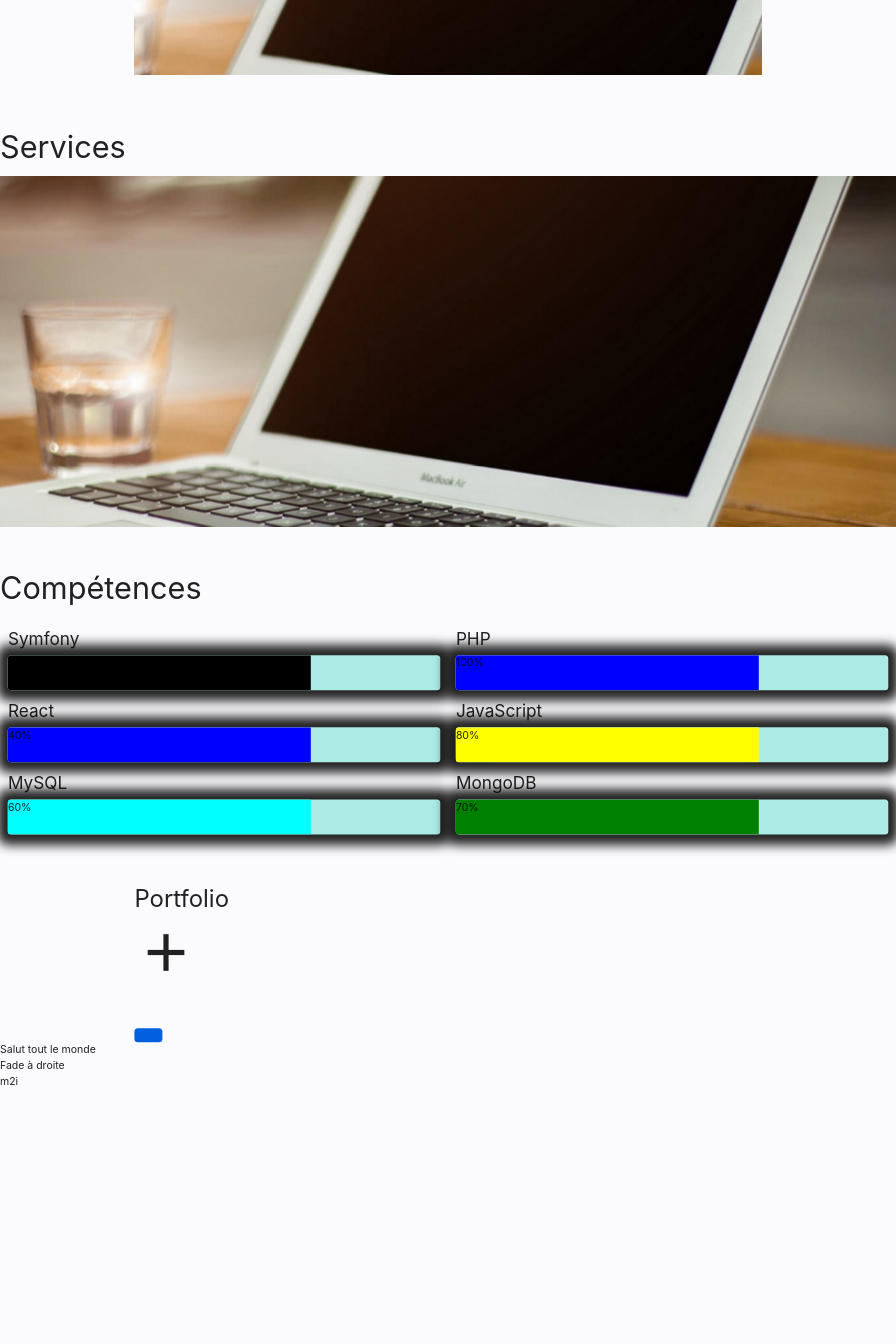
Repository: duncanidaho14/mavitrine
Page: index.html
The author's editor kept a copy of each file at every save. The page is drawn from the files as they stood at one save, then again after a run of saves.
The browser window is 1280 px wide. The pictures show the part of the page from y = 1130 to 3050 px (the page is 4178 px tall), at 70% of full size.

Above is the page before, as saved 2021-06-15 18:44:47.

### index.html
<!DOCTYPE html>
<html lang="fr">
<head>
    <meta charset="UTF-8">
    <meta http-equiv="X-UA-Compatible" content="IE=edge">
    <meta name="viewport" content="width=device-width, initial-scale=1.0">
    <meta name="description" content="">
    <meta name="theme-color" content="#84db94">
    <!-- Compiled and minified CSS -->
    <link href="https://fonts.googleapis.com/icon?family=Material+Icons" rel="stylesheet">
    <link rel="stylesheet" href="https://cdnjs.cloudflare.com/ajax/libs/materialize/1.0.0/css/materialize.min.css">
    <link href="https://unpkg.com/aos@2.3.1/dist/aos.css" rel="stylesheet">
    <link rel="stylesheet" href="./assets/css/style.css">
    <title>Elhadi BEDDAREM</title>
</head>
<body>
<div class="inc">

    <header class="container-fluid">
        <div class="row">
            <nav class="navbar-fixed">
                <div class="nav-wrapper">
                    <a id="switch" onclick="toggleTheme()" class="waves-effect waves-light btn-large"><i class="material-icons">airplay</i></a>
                    <a href="#!" class="brand-logo">EB<i class="material-icons">cloud</i></a>
                    <ul class="right hide-on-med-and-down">
                        <li><a href="#services" class="sc"><i class="material-icons">search</i></a></li>
                        <li><a href="#competences"><i class="material-icons">view_module</i></a></li>
                        <li><a href="#parcours"><i class="material-icons">refresh</i></a></li>
                        <li><a href="#contact"><i class="material-icons">more_vert</i></a></li>
                    </ul>
                </div>
            </nav>
            <ul class="sidenav" id="mobile-demo">
                <li><a href="#quisuisje">Qui suis-je ?</a></li>
                <li><a href="#mestechno">Mes techno</a></li>
                <li><a href="#parcours">Parcours</a></li>
                <li><a href="#contact">Contact</a></li>
            </ul>
            <ul id="slide-out" class="sidenav">
                <li>
                    <div class="user-view">
                        <div class="background">
                            <img src="/assets/img/mysql.png" class="circle">
                        </div>
                        <a href="#user"><img class="circle" src="/assets/img/git.png"></a>
                        <a href="#name"><span class="black-text name">Elhadi Beddarem</span></a>
                        <a href="#email"><span class="black-text email">elhadibeddarem@gmail.com</span></a>
                    </div>
                </li>
                <li><a href="https://codeintheshell.fr" target="_blank"><i class="material-icons">cloud</i>Autre site : codeintheshell.fr</a></li>
                <li><a href="https://shtex.fr/">Autre site : shtex.fr</a></li>
                <li><a href="http://shtexworld.fr/">Autre site : shtexworld.fr</a></li>
                <li>
                    <div class="divider"></div>
                </li>
                <li><a class="subheader">séparateur</a></li>
                <li><a class="waves-effect" href="./assets/img/cvelhadi.pdf" download="cvelhadi"><i class="material-icons">cloud_download</i> CV Download</a></li>
            </ul>
            <a href="#" data-target="slide-out" class="sidenav-trigger"><i class="material-icons">menu</i></a>
        </div>
    </header>

    <section class="container">
        <article class="row">
            <h1 class="elhadi-title" data-aos="fade-right">Elhadi BEDDAREM</h1>
            <h2 data-aos="fade-left">Concepteur d'Application Web</h2>
            <div class="carousel" data-aos="zoom-in-left">
                <a class="carousel-item" href="#two!"><img src="./assets/img/react.png"></a>
                <a class="carousel-item" href="#one!"><img src="./assets/img/symfony.png"></a>
                <a class="carousel-item" href="#three!"><img src="./assets/img/mysql.png"></a>
                <a class="carousel-item" href="#four!"><img src="./assets/img/git.png"></a>
                <a class="carousel-item" href="#five!"><img src="./assets/img/javascript.png"></a>
            </div>

            <div class="parallax-container" data-aos="zoom-in-left">
                <div class="parallax">
                    <img src="./assets/img/ordinateur-de-bureau-pc.jpg" alt="ordinateur de bureau"/>
                </div>
            </div>
        </article>


    </section>

    <section class="container-fluid">
        <div id="services" class="section scrollspy"></div>
        <article class="row services">
            <h3>Services</h3>
            <div class="parallax-container" data-aos="zoom-in-right">
                <div class="parallax">
                    <img src="./assets/img/ordinateur-de-bureau-pc.jpg" alt="ordinateur de bureau"/>
                </div>
            </div>
        </article>
    </section>

    <section class="container-fluid section scrollspy" data-aos="fade-up" id="competences">
        <article class="row competences">
            <h3>Compétences</h3>

                <div class="col s6 ">
                    <h5 class="title-five">Symfony</h5>
                    <div class="progress bar">
                        <div class="determinate symfony" data-done="90">90%</div>
                    </div>
                    <h5 class="title-five">React</h5>
                    <div class="progress bar">
                        <div class="determinate react" data-done="40">40%</div>
                    </div>
                    <h5 class="title-five">MySQL</h5>
                    <div class="progress bar">
                        <div class="determinate mysql" data-done="60">60%</div>
                    </div>
                </div>
                <div class="col s6">
                    <h5 class="title-five">PHP</h5>
                    <div class="progress bar">
                        <div class="determinate php" data-done="100">100%</div>
                    </div>
                    <h5 class="title-five">JavaScript</h5>
                    <div class="progress bar">
                        <div class="determinate javascript" data-done="80">80%</div>
                    </div>
                    <h5 class="title-five">MongoDB</h5>
                    <div class="progress bar">
                        <div class="determinate mongodb" data-done="70">70%</div>
                    </div>
                </div>
        </article>

    </section>

    <aside class="container">
        <article class="row">
            <h4>Portfolio</h4>
            <p><i class="material-icons large">add</i></p>
            <div id="search" class="section scrollspy"></div>
        </article>
        <button></button>
    </aside>




<div data-aos="fade-up">Salut tout le monde</div>



<div data-aos="fade-right">Fade à droite</div>


<div class="fadeup" data-aos="fade-up"
    data-aos-anchor-placement="top-center">
        m2i
</div>
<section class="container">
    <article class="row">
        <h3>Contact</h3>
        <form action="./contact.php" method="POST">
            <input type="text" class="input-group-text" placeholder="nom">
            <input type="email" class="input-group-text" placeholder="email">
            <a class="waves-effect waves-light btn"><i class="material-icons right">cloud</i>Envoyer</a>        </form>

    </article>
</section>

    <footer>
        <p>
                En 2016, un ami m'a mis le pied à l'étriller en me montrant PHP et MySQL.
                Alors je me suis formé au joie du code et m'orienté dans le domaine du web.
                J'ai commencé à suivre des formations sur des plateformes gratuites telle que youtube, freecodecamp
                mais aussi payantes telle que udemy.
            </p>
            <p>En 2017, j'ai travaillé chez FTL Express, une société chinoise de livraison de colis.
                Nous avions pour projet une application d'impression de timbres postaux.
                Le but étant de facilité l'envoie de colis postaux vers la chine pour les personnes chinoises vivant en France. Ceux là leur simplifie  la vie puisqu'il n'ont pas
                à faire la queue à la poste pour l'envoie de leur colis.
                Coté front nous avons utilisé Vue JS et coté back Java. En temps que développeur front-end je suis responsable de la qualité de mon code<br>
                - Migration Vue 2.* et Int8 de l'application<br>
                - Implémentationde fonctionnalité d’importation de CSV
                - Test Unitaire et fonctionnel.<br>
                et de PDF<br>
                <span>Environnement technique: Vue JS, Node JS, Express,
                Element io, Chai, Mocha, SCRUM.</span>
            </p>

            <p>En 2018, j'ai travaillé pour la société Azzerisk Advantage basée à saint Mandé. AZZERISK Advantage est un cabinet indépendant et international proposant
            des solutions complètes en risk management. <br>
                    -         Installation de Cassandra sous windows 10<br>
                    -         Ajout de nouvelles règles de gestion<br>
                    -         Stockage en base de données NoSQL (Cassandra)<br>
                    -         Maintenance évolutive et corrective sur un logiciel de comparaison de stratégie de risk. <br>
                    -         Mise en forme de l’application grâce au flexbox<br>
                    Environnement technique : AngularJS, Oracle, Cassandra, REST, Elasticsearch
            </p>

            <p>En 2019, J'ai travaillé sur des projets personnels : <br>
                <a href="https://shtex.fr" target="_blank">https://shtex.fr</a> est un site en React JS. C'est une SPA connecté à une API REST (the MovieDB). <br>
                <a href="http://shtexworld.fr" target="_blank">https://shtexworld.fr</a> est un site en javascript. Le jeu Snake pour les amateurs ;)<br>
                <a href="http://shtexworld.com"target="_blank" >https://shtexworld.com</a> est un site en React JS. il permet de voir la valeur de la monnaie par rapport au dollar.<br>
            J'ai lu le livre "tête la première dans les design pattern" écrit par Eric Freeman.
            </p>

            <p>En 2020, Développeur fullstack d'une application de calcul du nutriscore avec une solution Symfony 4.3 (twig) :
                <br>
                <a href="https://www.coopin.io/coopincook" target="_blank" rel="noopener noreferrer">https://www.coopin.io/coopincook</a>
                <br>
                <a href="https://cook.readyplayerweb.com/" target="_blank" rel="noopener noreferrer">https://cook.readyplayerweb.com/</a>
                <br>
                Web Scrapping en php de recette de cuisine. Site cuisine AZ, Marmitton, journal des femmes. <br>
                Implémentation de différentes fonctionnalité comme facebook login, facebook share, google sign-in...
                dans le projet symfony.<br>
                Inscription à l'app, connexion à l'app. envoie de mail avec swiftmailer... <br>
                Importation de CSV dans la base de données grâce à une connexion ssh et scp. <br>
                Installation du bundle webpack encore...<br>
                Ecriture de doc technique...<br>
                Site Wordpress avec Elementor.io
            </p>
            <p>
                cours udemy :
                cours d'algo avec matthieu Gaston
                    - algo de tri
                    -
                Octobre 2020<br>
                cours js<br>
                requete HTTP <br>
                function asynchrone<br>
                cours web component HTML5
            </p>
        <div id="footer">
            <p>je fais des macro sur wow</p>
        </div>
    </footer>

</div>

    <!-- Compiled and minified JavaScript -->
    <script src="https://cdnjs.cloudflare.com/ajax/libs/jquery/3.6.0/jquery.js"></script>
    <script src="https://unpkg.com/@popperjs/core@2"></script>
    <script src="https://cdnjs.cloudflare.com/ajax/libs/materialize/1.0.0/js/materialize.min.js"></script>
    <script src="https://unpkg.com/aos@2.3.1/dist/aos.js"></script>
    <script src="./assets/js/index.js"></script>
    <script>
        AOS.init();
    </script>
</body>
</html>

### assets/css/style.css
@font-face {
    font-family: "aladin-v8-latin-regular";
    src:    url("/assets/static/aladin-v8-latin-regular.woff2") format("woff2"),
            url("/assets/static/aladin-v8-latin-regular.woff") format("woff");
}

.theme-light {
    --color-primary: #0060df;
    --color-secondary: #fbfbfe;
    --color-accent: #fd6f53;
    --color-info: #ff9f41;
    --color-prud: #ffcb99;
    --font-color: #000000;
}

.theme-dark {
    --color-primary: #17ed90;
    --color-secondary: #2e6770;
    --color-third: #ff9f41;
    --color-accent: #12cdea;
    --color-info: #00ffff;
    --color-prud: #730100;
    --font-color: #ffffff;
}



* {
    margin: 0;
    padding: 0;
    box-sizing: border-box;
}

html, body {
    scroll-behavior: smooth;
}

.navbar-fixed {
    margin-top: -80px;
    position: fixed;
    z-index: 999;
    background-color: #0060df;
}

a .sidenav-trigger {
    position: relative;
    margin-top: 140px;
    width: 40px;
    height: 40px;
    z-index: 9999;
}

header.container-fluid {
    margin-top: 80px;
    height: auto;
}

.up {
    background-color: bisque;
}

.fadeup {
    width: 200px;
    height: 400px;
}

.inc {

    background: var(--color-secondary);

}

.inc h1 {
    color: var(--font-color);
}

.inc button {
    width: 10px;
    height: 20px;
    color: var(--font-color);
    background: var(--color-primary);
    padding: 10px 20px;
    border: 0;
    border-radius: 5px;
}

#switch {
    background-color: rgba(128, 0, 49, .2);
    top: -5px;
}

.elhadi-title {
    color: #000000;

}

.determinate {
    position: absolute;
}


div.progress.bar {
    height: 50px;
    border-radius: 5px 5px 5px 5px;
    box-shadow: 0px 0px 15px 15px;
}
div.determinate.symfony {
    background-color: #000000;

    height: 50px;
}

.progress>.determinate.symfony {

    width: 0%;
}

.progress>.determinate.react {
    background-color: blue;
}

.progress>.determinate.mysql {
    background-color: aqua;

}

.progress>.determinate.php {
    background-color: blue;
}

.progress>.determinate.javascript {
    background-color: yellow;
}

.progress>.determinate.mongodb {
    background-color: green;
}

### assets/js/index.js
$(document).ready(function(){
    $(".dropdown-trigger").dropdown();
    $('.sidenav').sidenav();
    $('.carousel').carousel();
    $('.parallax').parallax();
    $('.scrollspy').scrollSpy();
});


let competences = document.querySelector(".competences");
let progress = document.querySelectorAll(".progress");
let determinate = document.querySelectorAll(".determinate");
const symfony = document.querySelector('.determinate.symfony');
const react = document.querySelector(".determinate.react");
const mysql = document.querySelector(".determinate.mysql");
const php = document.querySelector(".determinate.php");
const javascript = document.querySelector(".determinate.javascript");
const mongodb = document.querySelector(".determinate.mongodb");
const progressbar = document.querySelector(".progress.bar");

window.addEventListener('scroll', (e) => {

    if (window.scrollY > 650) {
        competences.classList.add('up');

        loader();
    }else {
        competences.classList.remove('up');
    }
});

function loader() {
    for (let i = 0; i < determinate.length; i++) {
        const element = determinate[i];

        //console.log(element);
        setTimeout(() => {
            symfony.style.width = element.getAttribute('data-done') + '%';
            console.log(symfony.style.width)

        }, 1500);

        setTimeout(() => {
            react.style.width = element.getAttribute('data-done') + '%';
            //console.log(react.style.width);
            mysql.style.width = element.getAttribute('data-done') + '%';
            //console.log(mysql.style.width);
            php.style.width = element.getAttribute('data-done') + '%';
            javascript.style.width = element.getAttribute('data-done') + '%';
            mongodb.style.width = element.getAttribute('data-done') + '%';
        }, 2600);

    }

}

/**
 * Permet d'afficher l'onglet d'une couleur différente
 * Ne marche que sur chrome Android
 * @returns Color
 */
function getRandomRGBValue() {
    return Math.min(Math.floor(Math.random() * 255 + 1), 255);
}

function getRandomColor() {
    var r = getRandomRGBValue(),
        g = getRandomRGBValue(),
        b = getRandomRGBValue();
    return "#" + (((1 << 24) + (r << 16) + (g << 8) + b).toString(16).slice(1));
}

function changeThemeColor() {
    var metaThemeColor = document.querySelector("meta[name=theme-color]");
    metaThemeColor.setAttribute("content", getRandomColor());
    setTimeout(function () {
        changeThemeColor();
    }, 3000);
}

changeThemeColor();


// function to set a given theme/color-scheme
function setTheme(themeName) {
    localStorage.setItem('theme', themeName);
    document.documentElement.className = themeName;
}
// function to toggle between light and dark theme
function toggleTheme() {
    if (localStorage.getItem('theme') === 'theme-dark') {
        setTheme('theme-light');
    } else {
        setTheme('theme-dark');
    }
}
// Immediately invoked function to set the theme on initial load
(function () {
    if (localStorage.getItem('theme') === 'theme-dark') {
        setTheme('theme-dark');
    } else {
        setTheme('theme-light');
    }
})();

After the next 2 saves:
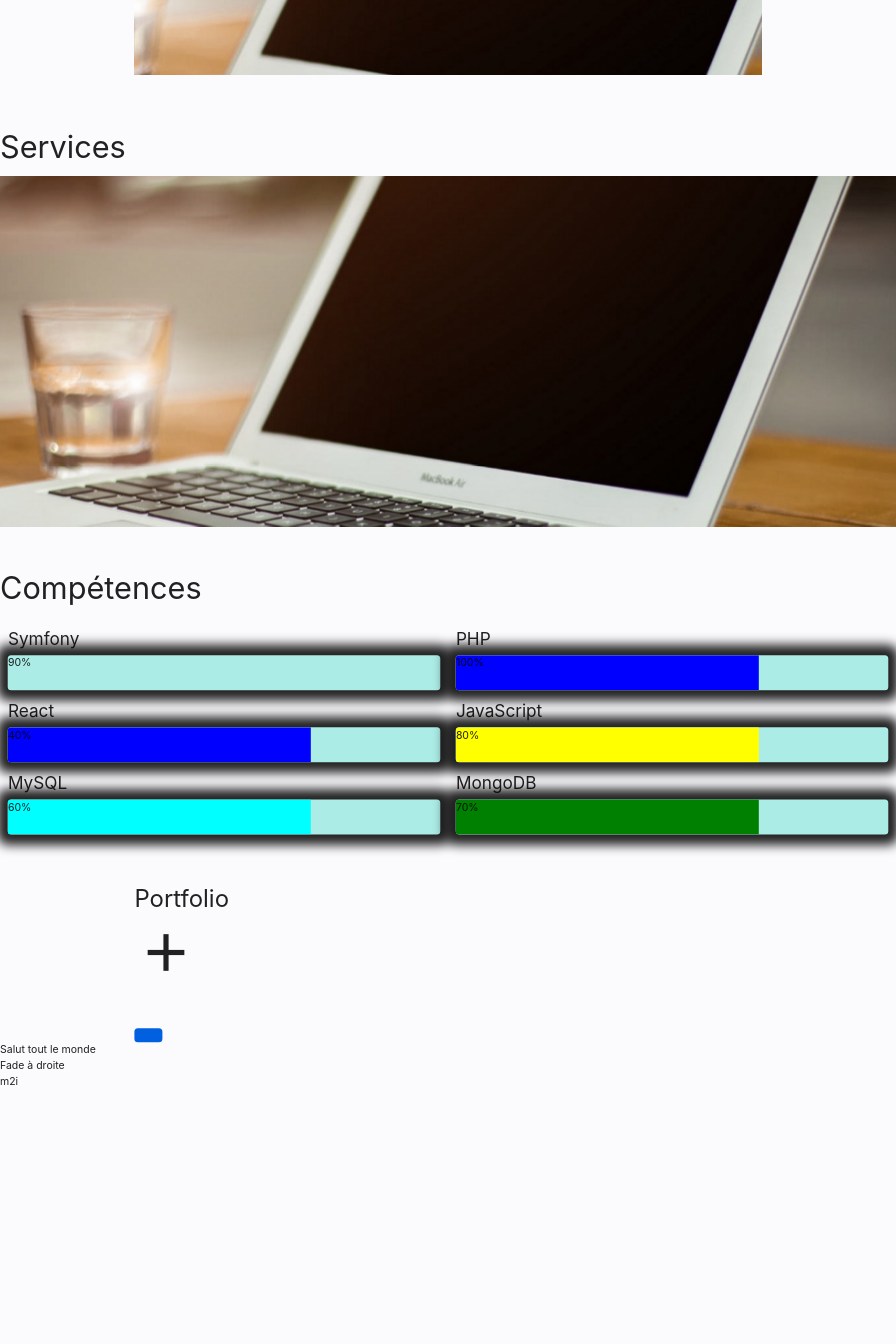
Console error: TypeError: Cannot read properties of undefined (reading 'getAttribute')
The 2 saves are shown as one change because they came seconds apart.
The last was saved 41 min 8 s later.
--- a/assets/js/index.js
+++ b/assets/js/index.js
@@ -35,7 +35,7 @@
 
         //console.log(element);
         setTimeout(() => {
-            symfony.style.width = element.getAttribute('data-done') + '%';
+            symfony.style.width = element[0].getAttribute('data-done') + '%';
             console.log(symfony.style.width)
 
         }, 1500);

After the save that followed:
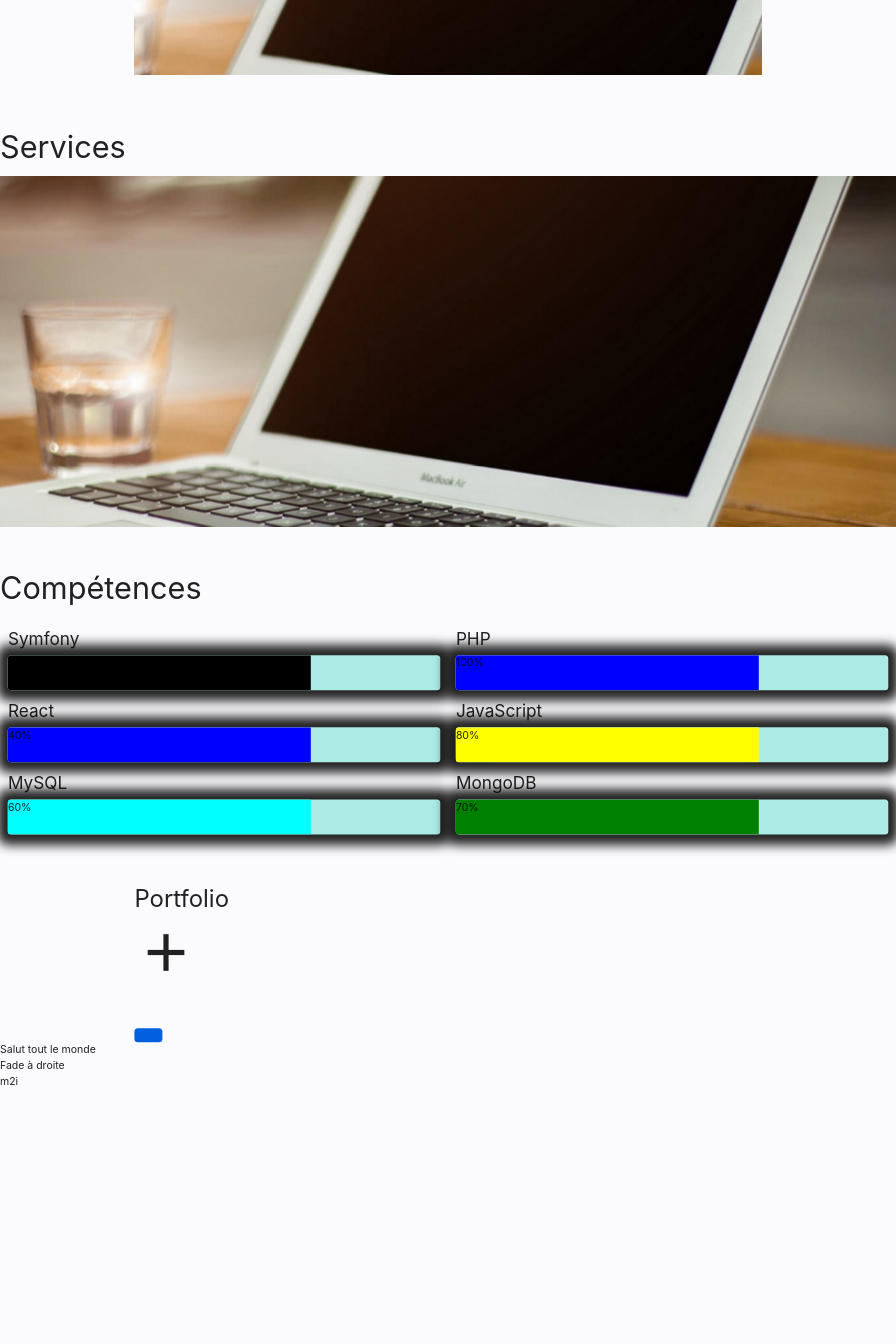
The error is gone.
Saved 13 s later.
--- a/assets/js/index.js
+++ b/assets/js/index.js
@@ -35,7 +35,7 @@
 
         //console.log(element);
         setTimeout(() => {
-            symfony.style.width = element[0].getAttribute('data-done') + '%';
+            symfony.style.width = element.getAttribute('data-done') + '%';
             console.log(symfony.style.width)
 
         }, 1500);
